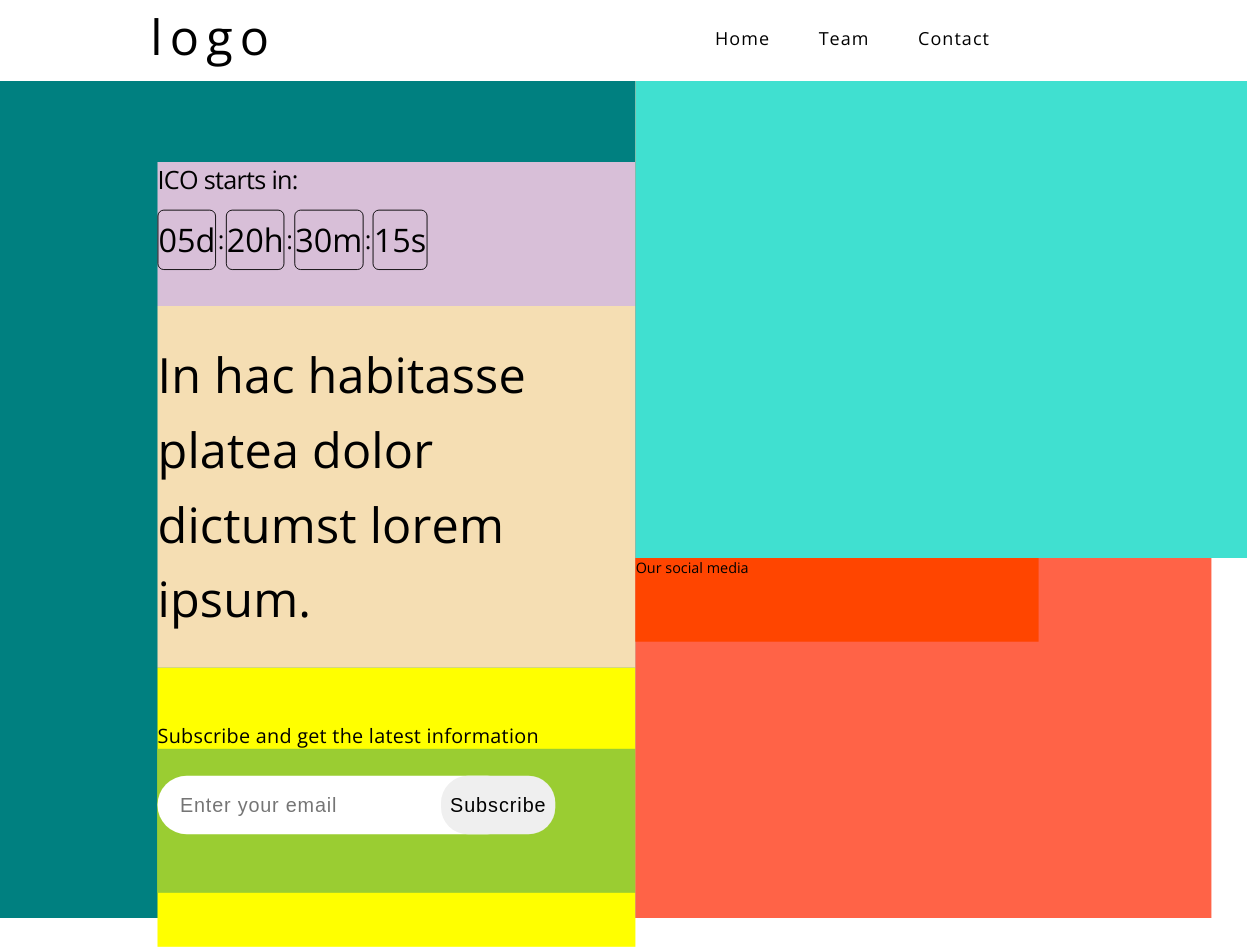
Repository: McGregorSt/newOne
Page: index.html
An editor plug-in stored every save of this project. The page is shown before and after the next save, followed by the edit.
The browser window is 1280 px wide. The page is 1386 px wide, so the pictures cover 1386 px, including what lies to the right of the window. The pictures show the whole page, at 90% of full size.

Above is the page before, as saved 2019-12-13 18:33:42.

After the next save:
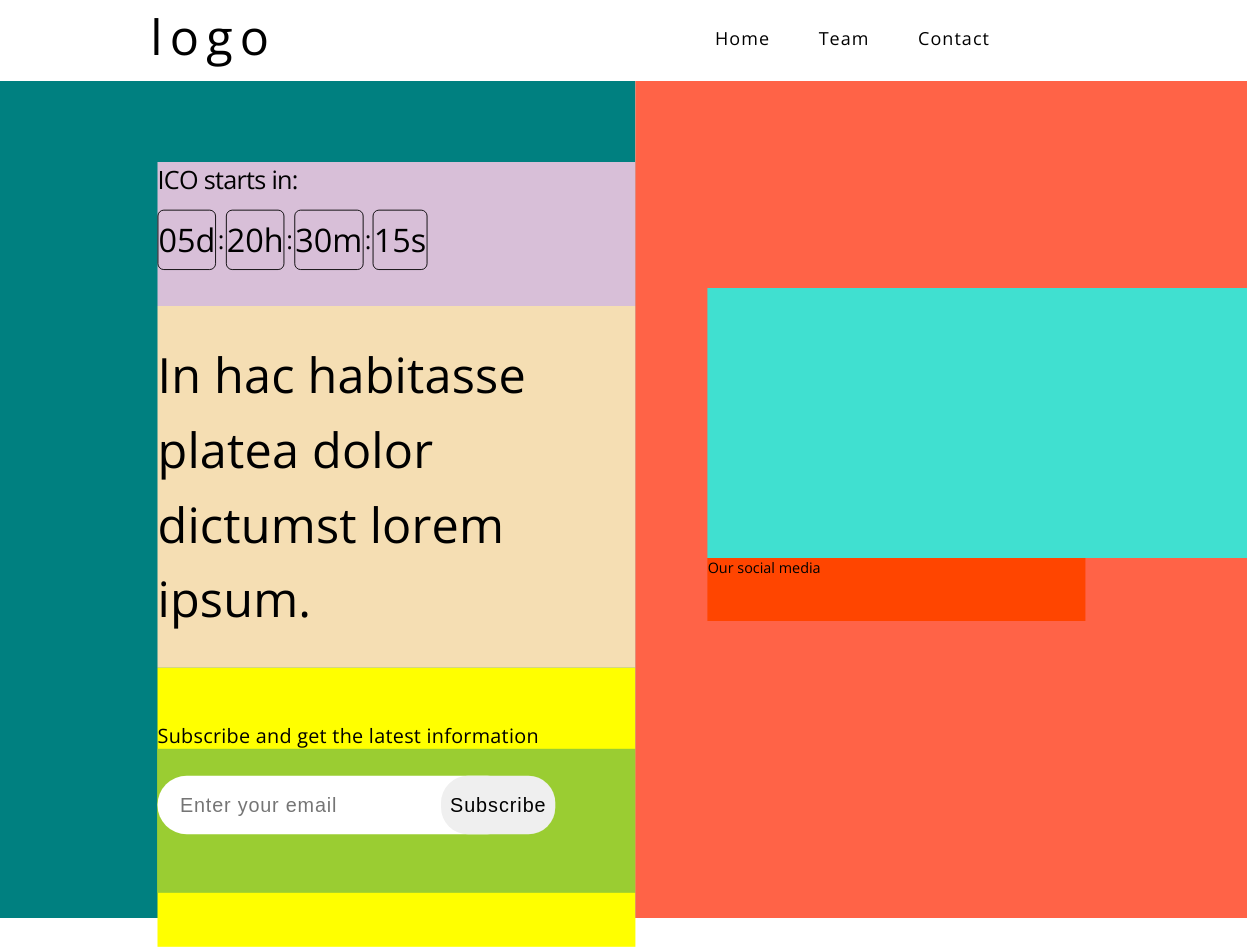
Saved 9 min 15 s later.
--- a/css/style.css
+++ b/css/style.css
@@ -125,12 +125,12 @@
   background-color: tomato;
   display: flex;
   flex-direction: column;
+  padding: 230px 0 0 80px;
 }
 .media__player {
   width: 600px;
   height: 300px;
   background-color: turquoise;
-  padding: 230px 0 0 80px;
 }
 .media__social {
   width: 70%;

After the save that followed:
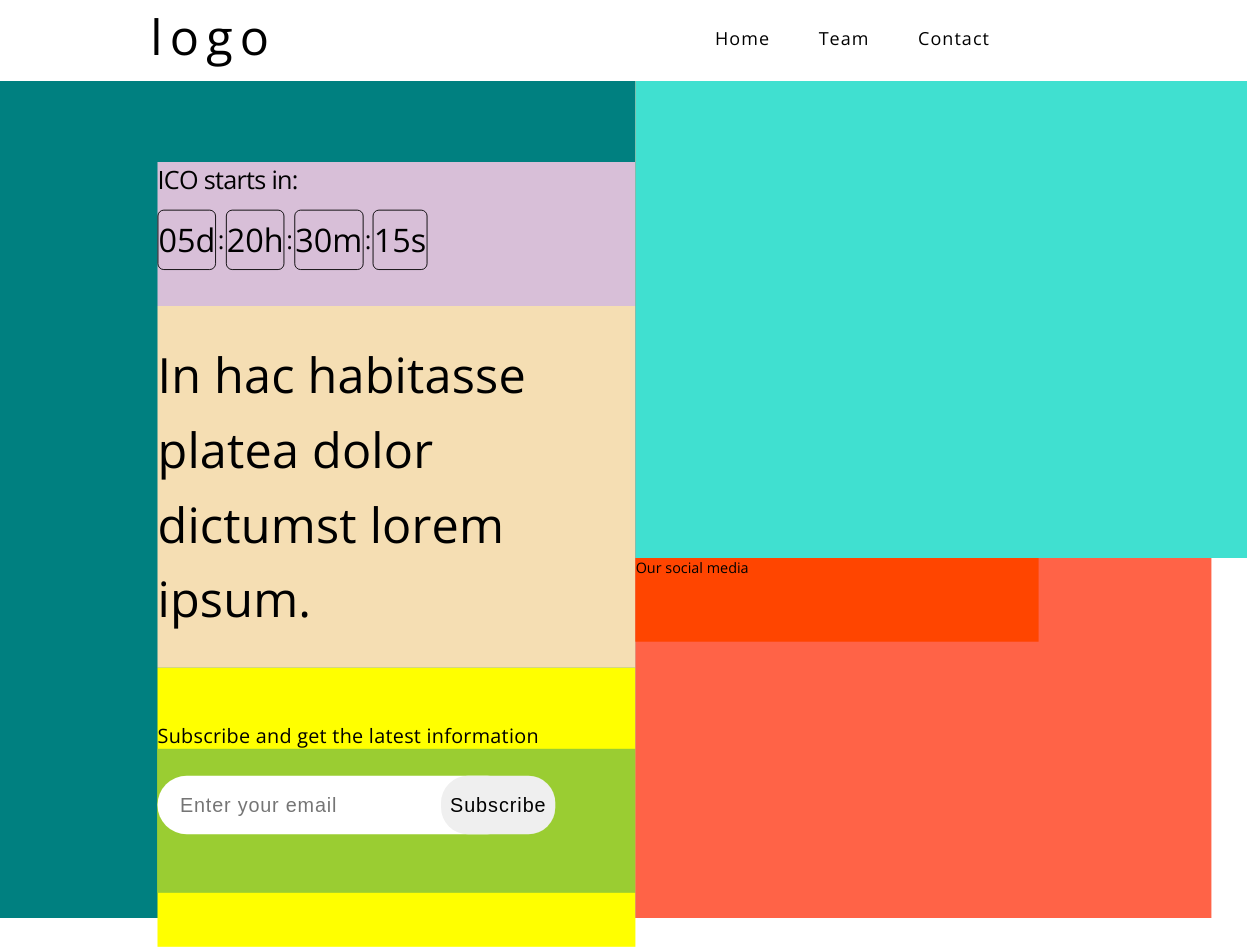
Saved 18 s later.
--- a/css/style.css
+++ b/css/style.css
@@ -125,9 +125,9 @@
   background-color: tomato;
   display: flex;
   flex-direction: column;
-  padding: 230px 0 0 80px;
 }
 .media__player {
+  padding: 230px 0 0 80px;
   width: 600px;
   height: 300px;
   background-color: turquoise;
